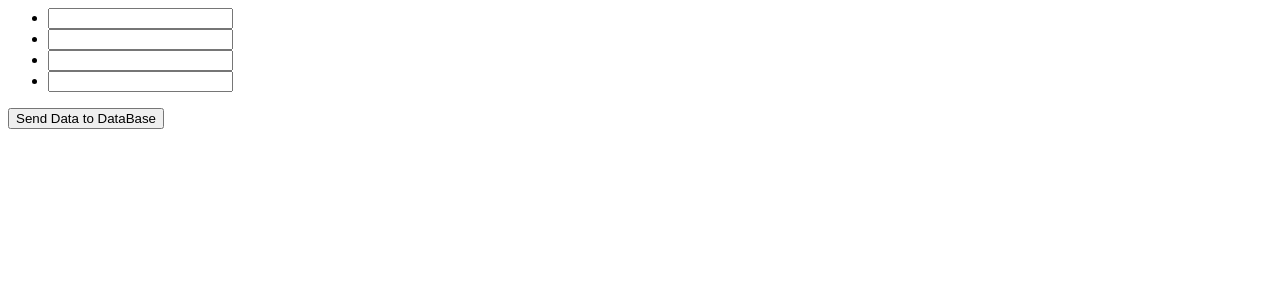
Repository: EmmanuelKeifala/Hackathon
Page: http://localhost/upload/
An editor plug-in stored every save of this project. The page is shown before and after a run of saves, followed by the edit.
The browser window is 1280 px wide. The pictures show the whole page.
The page is served by the project's application, run on Django 3.2 (manage.py).

Above is the page before, as saved 2022-10-29 02:37:26.

After the next 2 saves:
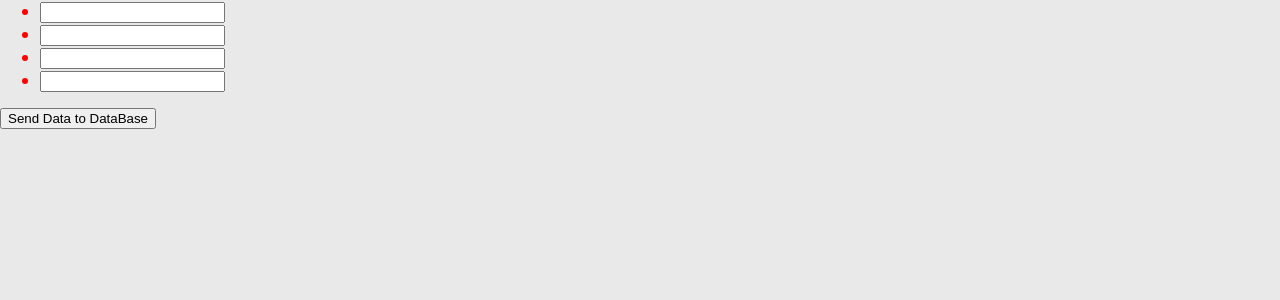
The 2 saves are shown as one change because 1 did not build or start.
The last was saved 41 s later.
--- a/users/templates/users/upload.html
+++ b/users/templates/users/upload.html
@@ -1,4 +1,5 @@
-{% comment %} {% extends 'users/base.html' %} {% endcomment %}
+{% load static %}
+<link rel="stylesheet" href="{% static 'css/main.css' %}" />
 
 <form method="POST" action="{% url 'upload'%}" entypr="multipart/form-data">
   {% csrf_token %}
